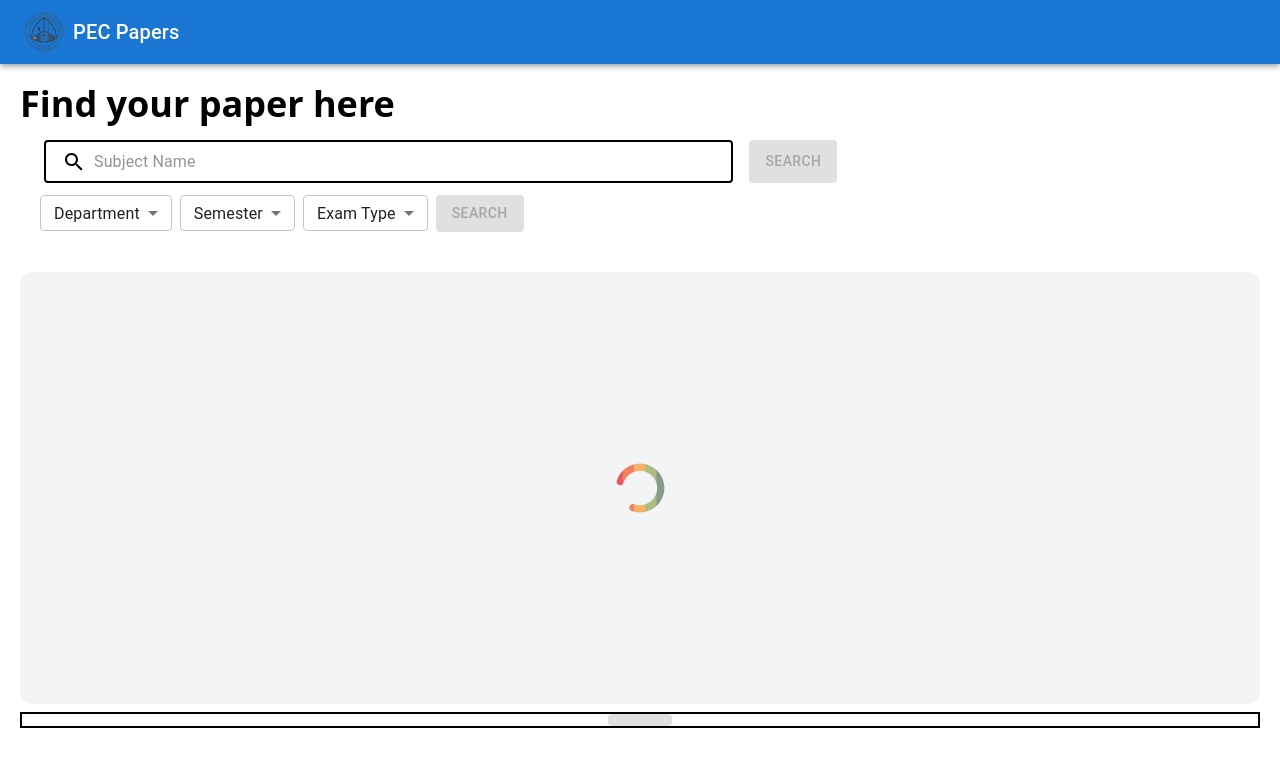
Repository: SUGAM-ARORA/pecpapers
Page: /browse (app in frontend/)
The author's editor kept a copy of each file at every save. The page is drawn from the files as they stood at one save, then again after the next save.
The browser window is 1280 px wide. The pictures show the whole page.
The page's requests for data from a server got no answer. The project was rebuilt for these pictures with package versions that can differ from the ones it lists, and the page was loaded fresh each time. Some packages were replaced by stand-ins written for this rebuild. No one was signed in, and anything a server would have sent is missing. Also part of the build but not shown: frontend/vite.config.js, frontend/src/Components/AnimatedText.jsx, frontend/src/Components/Hero.jsx, frontend/src/Components/Footer.jsx, frontend/src/Components/Login.jsx, frontend/src/Components/PaperDisplay.jsx, frontend/src/Components/ProtectedRoute.jsx.

Above is the page before, as saved 2025-07-17 19:23:25.

After the next save:
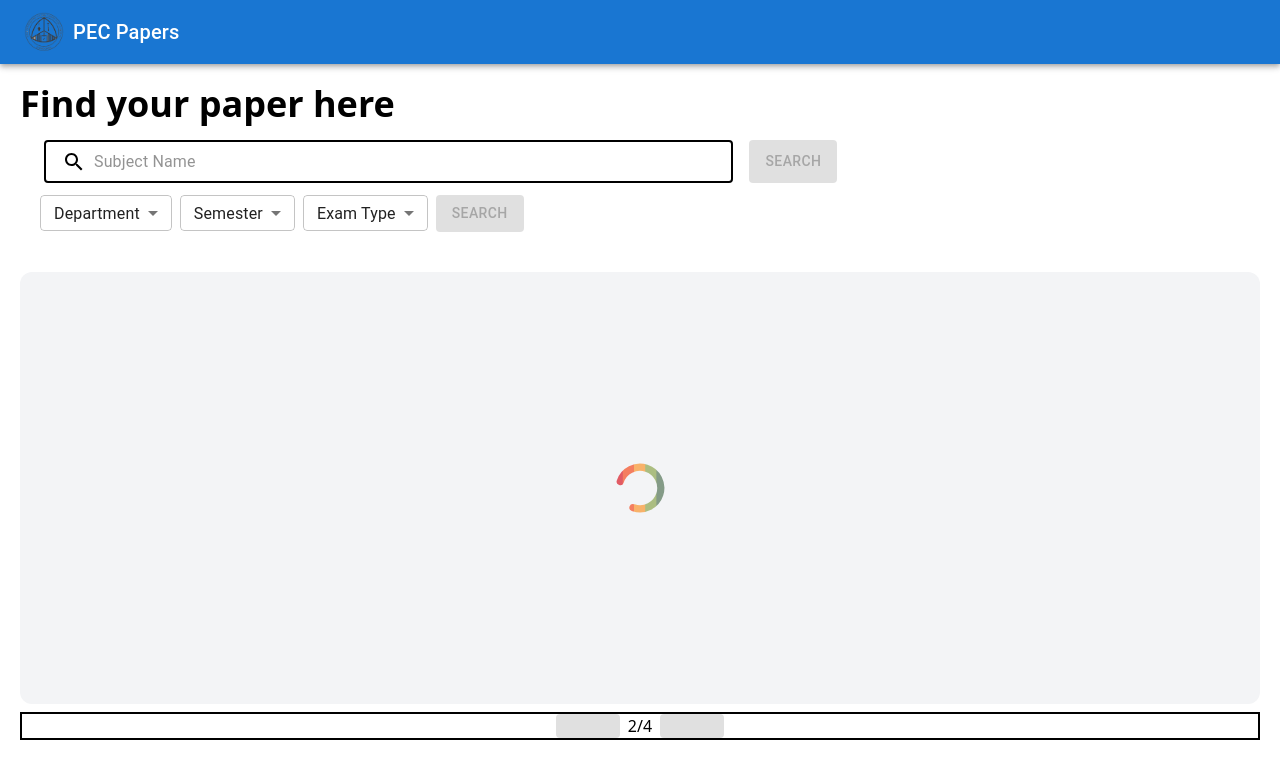
Saved 23 s later.
--- a/frontend/src/Pages/Browse.jsx
+++ b/frontend/src/Pages/Browse.jsx
@@ -269,6 +269,8 @@ const Browse = () => {
       <div className='border-2 border-black w-full mt-2 flex items-center justify-center'>
         <div className='flex flex-row gap-2'>
           <Button variant='contained' onClick={getFilteredPapers} disabled={loading}></Button>
+          <span>2/4</span>
+           <Button variant='contained' onClick={getFilteredPapers} disabled={loading}></Button>
         </div>
       </div>
     </div>
